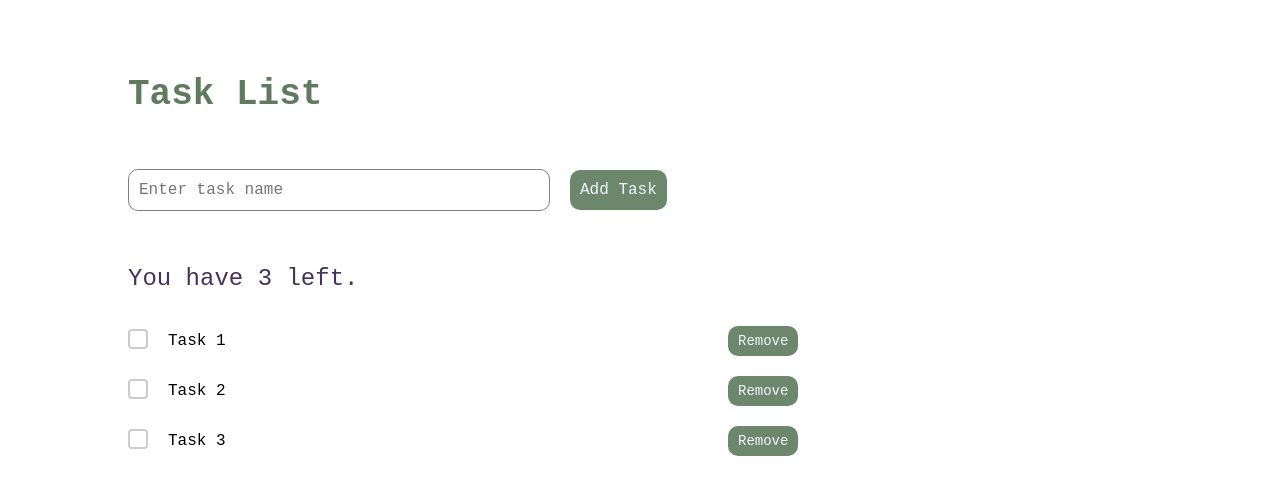
Repository: SandyLy453/task-list
Page: /
An editor plug-in stored every save of this project. The page is shown before and after the next save, followed by the edit.
The browser window is 1280 px wide. The pictures show the whole page.
The project was rebuilt for these pictures with package versions that can differ from the ones it lists, and the page was loaded fresh each time. Also part of the build but not shown: vite.config.js.

Above is the page before, as saved 2024-10-11 15:43:11.

### src/App.jsx
import { useState } from 'react';
import Task from './components/Task';
import TaskForm from './components/TaskForm';

function App() {
  const [tasks, setTasks] = useState([
    { name: 'Task 1', checked: false },
    { name: 'Task 2', checked: false },
    { name: 'Task 3', checked: false }
  ]);

  // Function to calculate the number of unchecked tasks
  const getUncheckedCount = () => {
    return tasks.filter((task) => !task.checked).length;
  };

  // Function to add a new task
  const addTask = (taskName) => {
    setTasks([...tasks, { name: taskName, checked: false }]); // New tasks are unchecked by default
  };

  // Function to remove a task
  const removeTask = (taskName) => {
    setTasks(tasks.filter((task) => task.name !== taskName));
  };

  // Function to toggle the task status
  const toggleTaskStatus = (taskName) => {
    const updatedTasks = tasks.map((task) =>
      task.name === taskName ? { ...task, checked: !task.checked } : task
    );
    setTasks(updatedTasks); // Update the task's checked status in the parent state
  };

  return (
    <>
      <div className="container">
        <h1 className="title">Task List</h1>
        <TaskForm addTask={addTask} />
        <p className="note">You have {getUncheckedCount()} left.</p>
        <div>
          {tasks.map((task, index) => (
            <Task
              key={index}
              name={task.name}
              checked={task.checked}
              toggleTaskStatus={toggleTaskStatus}
              removeTask={removeTask}
            />
          ))}
        </div>
      </div>
    </>
  );
}

export default App;

### src/index.css
.container {
  padding: 20px;
  margin: 30px 100px;
}

.title {
  font-family: monospace;
  font-size: 36px;
  color: rgb(95, 122, 95);
}

.note {
  font-family: monospace;
  font-size: 24px;
  color: rgb(66, 52, 94);
}

.inputBox {
  padding: 10px 0 10px 0;
}

.input {
  height: 20px;
  width: 400px;
  padding: 10px;
  font-size: 16px;
  font-family: monospace;
  margin: 20px 20px 20px 0;
  border-radius: 10px;
  border: 1px solid gray;
}

.sm-btn{
  height: 40px;
  padding: 10px;
  font-size: 16px;
  font-family: monospace;
  background-color: rgb(108, 135, 108);
  color: aliceblue;
  border: none;
  border-radius: 10px;
}

.sm-btn:hover {
  background-color: rgb(84, 103, 84);
}

.task {
  display: flex;
  flex-direction: row;
  align-items: center;
  gap: 20px;
}

.checkBox {
  width: 20px;
  height: 20px;
  appearance: none;
  background-color: white;
  border: 2px solid #ccc;
  border-radius: 4px;
  cursor: pointer;
  position: relative;
  margin: 6px 0;
}

.checkBox:checked {
  background-color: rgb(108, 135, 108);
}

.checkBox:checked::after {
  content: "";
  display: block;
  width: 4px;
  height: 10px;
  border: solid white;
  border-width: 0 2px 2px 0;
  transform: rotate(45deg);
  position: absolute;
  top: 0px;
  left: 5px;
}

.content {
  width: 540px;
  display: flex;
  word-wrap: normal;
  font-family: monospace;
  font-size: 16px;
}

.task-delete {
  height: 30px;
  padding: 10px;
  align-items: center;
  align-self: center;
  display: flex;
  justify-content: center;
  font-size: 14px;
  font-family: monospace;
  background-color: rgb(108, 135, 108);
  color: aliceblue;
  border: none;
  border-radius: 10px;
}

.task-delete:hover {
  background-color: rgb(84, 103, 84);
}

### src/components/Task.jsx
import { useRef, useEffect } from "react";

export default function Task({ name, checked, removeTask, toggleTaskStatus }) {
  const checkboxRef = useRef(null);
  const taskNameRef = useRef(null);

  useEffect(() => {
    const checkbox = checkboxRef.current;
    const crossText = taskNameRef.current;

    // Handle the initial checked state
    if (checked) {
      checkbox.checked = true;
      crossText.style.textDecoration = "line-through";
    } else {
      checkbox.checked = false;
      crossText.style.textDecoration = "none";
    }

    const handleCheckBoxChange = () => {
      toggleTaskStatus(name);
    };

    checkbox.addEventListener("change", handleCheckBoxChange);

    return () => {
      checkbox.removeEventListener("change", handleCheckBoxChange);
    };
  }, [name, checked, toggleTaskStatus]);

  return (
    <>
      <div className="task">
        <label>
          <input type="checkbox" ref={checkboxRef} className="checkBox"/>
        </label>
        <p ref={taskNameRef} className="content">{name}</p>
        <button className="task-delete" onClick={() => removeTask(name)}>
          Remove
        </button>
      </div>
    </>
  );
}

### src/components/TaskForm.jsx
import { useState } from "react";

export default function TaskForm({ addTask }) {
  const [inputValue, setInputValue] = useState("");

  const handleSubmit = (e) => {
    e.preventDefault();
    if (inputValue.trim() !== "") {
      addTask(inputValue);
      setInputValue(""); // clear the input
    }
  };

  return (
    <form onSubmit={handleSubmit} className="inputBox">
      <input
        type="text"
        value={inputValue}
        onChange={(e) => setInputValue(e.target.value)}
        placeholder="Enter task name"
        className="input"
      />
      <button type="submit" className="sm-btn">Add Task</button>
    </form>
  );
}

Loaded but not shown: index.html (common file); src/main.jsx (common file)

After the next save:
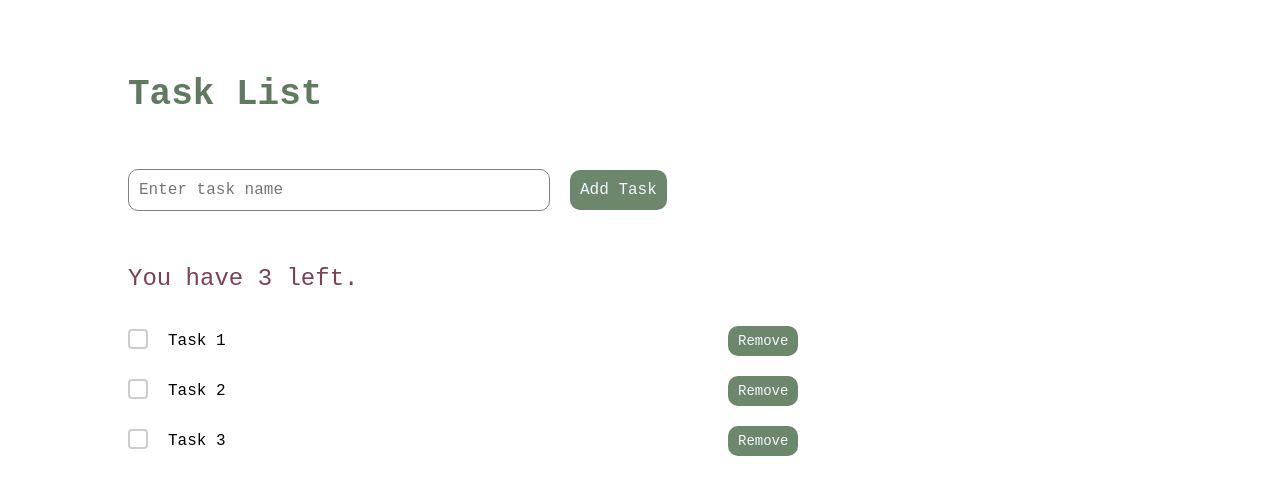
Saved 8 s later.
--- a/src/index.css
+++ b/src/index.css
@@ -12,7 +12,7 @@
 .note {
   font-family: monospace;
   font-size: 24px;
-  color: rgb(66, 52, 94);
+  color: rgb(126, 65, 84);
 }
 
 .inputBox {
